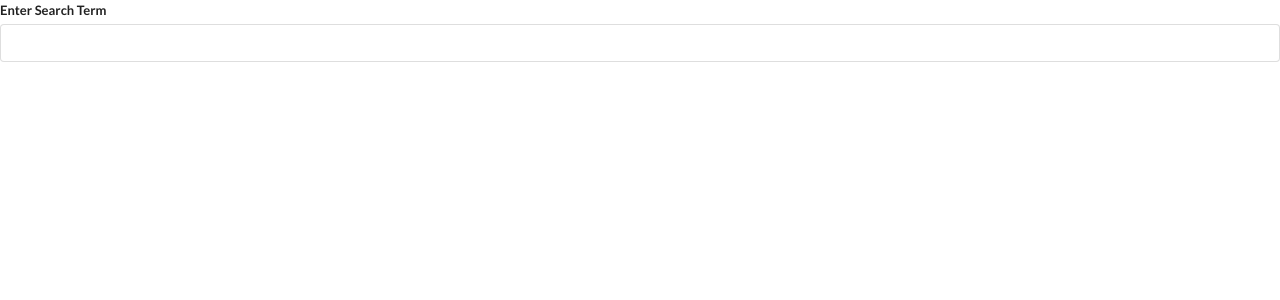
Repository: EgorSherstnev/widgets
Page: /
The author's editor kept a copy of each file at every save. The page is drawn from the files as they stood at one save, then again after the next save.
The browser window is 1280 px wide. The pictures show the whole page.
The page's requests for data from a server got no answer. Some web libraries are served in a nearby version. The project was rebuilt for these pictures with package versions that can differ from the ones it lists, and the page was loaded fresh each time. No one was signed in, and anything a server would have sent is missing. Also part of the build but not shown: src/components/Accordion.js.

Above is the page before, as saved 2022-10-30 16:15:55.

After the next save:
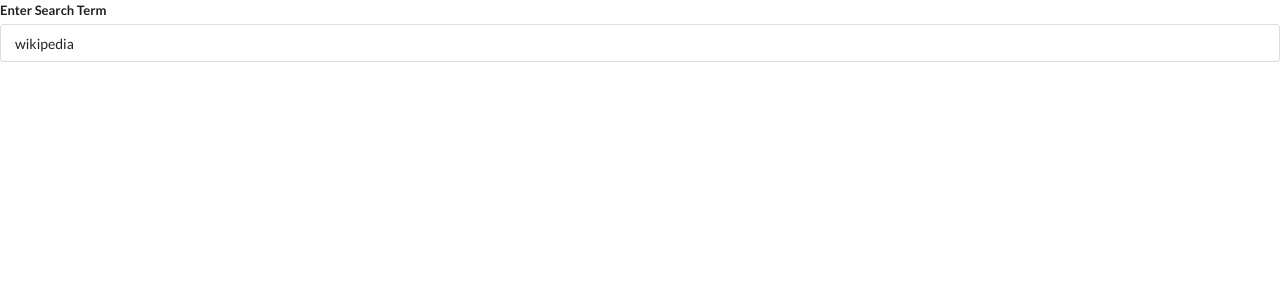
Saved 21 s later.
--- a/src/components/Search.js
+++ b/src/components/Search.js
@@ -2,7 +2,7 @@
 import axios from "axios";
 
 const Search = () => {
-    const [term, setTerm] = useState('');
+    const [term, setTerm] = useState('wikipedia');
     const [results, setResults] = useState([])
 
     useEffect(() => {
